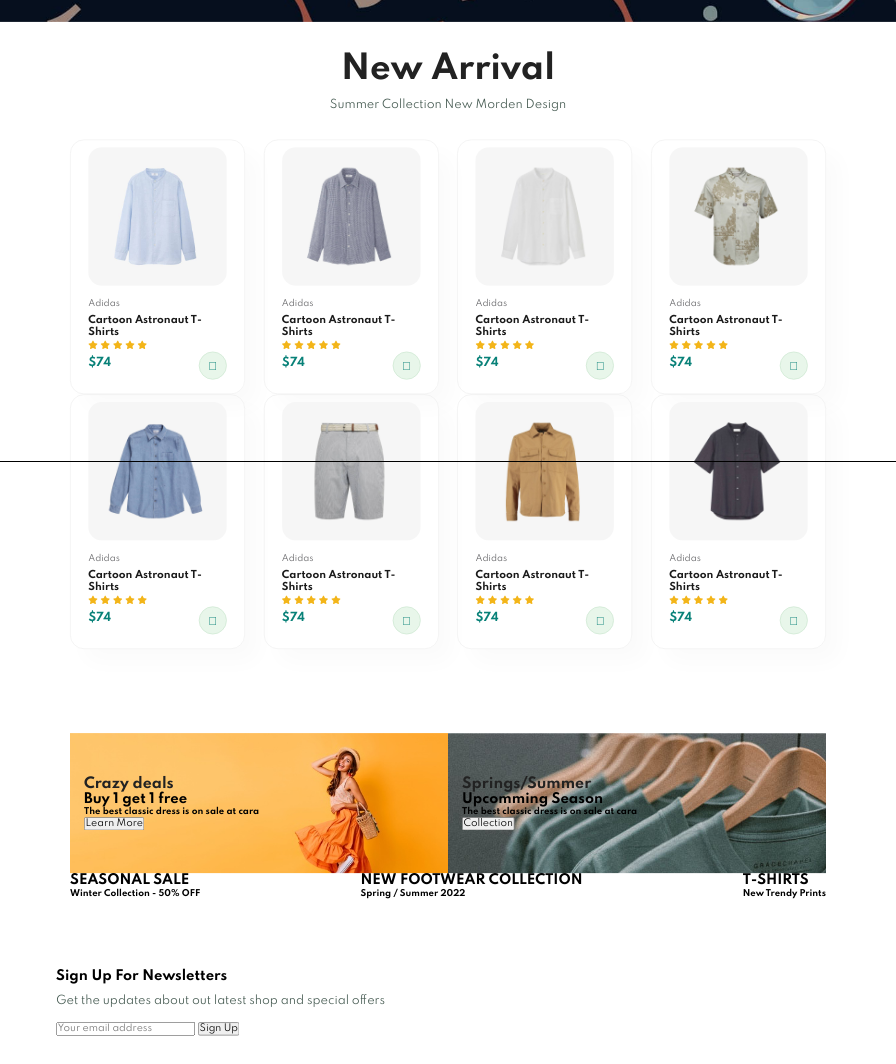
Repository: Daryllgio/E-Commerce-Website-UI
Page: index.html
An editor plug-in stored every save of this project. The page is shown before and after the next save, followed by the edit.
The browser window is 1280 px wide. The pictures show the part of the page from y = 2245 to 4165 px (the page is 3765 px tall before and 4165 px after), at 70% of full size.
Some web libraries are served in a nearby version.

Above is the page before, as saved 2024-12-31 23:15:44.

### index.html
<!DOCTYPE html>
<html lang="en">

<head>
    <meta charset="UTF-8">
    <meta http-equiv="X-UA-Compatible" content="IE=edge">
    <meta name="viewport" content="width=device-width, initial-scale=1.0">
    <title>Tech2etc Ecommerce Tutorial</title>
    <link rel="stylesheet" href="https://pro.fontawesome.com/releases/v5.10.0/css/all.css" />

    <link rel="stylesheet" href="style.css">
</head>

<body>
    <section id="header">
        <a href="#"><img src="img/logo.png" id="logo" class="logo" alt=""></a>

        <div>
            <ul id="navbar">
                <li>
                    <a class="active" href="index.html">Home</a>
                </li>
                <li>
                    <a href="shop.html">Shop</a>
                </li>
                <li>
                    <a href="about.html">About</a>
                </li>
                <li>
                    <a href="contact.html">Contact</a>
                </li>
                <li>
                    <a href="cart.html"><i class="fa fa-shopping-cart" aria-hidden="true"></i></a>
                </li>

            </ul>
        </div>
    </section>

    <section id="HomeHeaderContent">
        <h4>
            Trade-in-offer
        </h4>
        <h2>
            Super value deals
        </h2>
        <h1>
            On all products
        </h1>
        <p>
            Save more with Coupons & up to 70% off !
        </p>
        <button>
            Shop now
        </button>

    </section>

    <section id="Features" class="section-p1">
        <div class="fe-box">
            <img src="img/features/f1.png" alt="">
            <h6>Free Shipping</h6>
        </div>
        <div class="fe-box">
            <img src="img/features/f2.png" alt="">
            <h6>Online Offer</h6>
        </div>
        <div class="fe-box">
            <img src="img/features/f3.png" alt="">
            <h6>Save Money</h6>
        </div>
        <div class="fe-box">
            <img src="img/features/f4.png" alt="">
            <h6>Promotions</h6>
        </div>
        <div class="fe-box">
            <img src="img/features/f5.png" alt="">
            <h6>Happy Sell</h6>
        </div>
        <div class="fe-box">
            <img src="img/features/f6.png" alt="">
            <h6>F24/7 Support</h6>
        </div>
    </section>

    <section id="product1" class="section-p1">
        <h2>
            Feautured Products
        </h2>
        <p>
            Summer Collection New Morden Design
        </p>
        <div class="pro-container">
            <div class="pro">
                <img src="img/products/f1.jpg" alt="">
                <div class="des">
                    <span>Adidas</span>
                    <h5>Cartoon Astronaut T-Shirts</h5>
                    <div class="star">
                        <i class="fas fa-star"></i>
                        <i class="fas fa-star"></i>
                        <i class="fas fa-star"></i>
                        <i class="fas fa-star"></i>
                        <i class="fas fa-star"></i>
                    </div>
                    <div class="Shop">
                        <h4>$74</h4>
                        <a href="#"><i class="fal fa-shopping-cart "></i></a>
                    </div>

                </div>
            </div>

            <div class="pro">
                <img src="img/products/f2.jpg" alt="">
                <div class="des">
                    <span>Adidas</span>
                    <h5>Cartoon Astronaut T-Shirts</h5>
                    <div class="star">
                        <i class="fas fa-star"></i>
                        <i class="fas fa-star"></i>
                        <i class="fas fa-star"></i>
                        <i class="fas fa-star"></i>
                        <i class="fas fa-star"></i>
                    </div>
                    <div class="Shop">
                        <h4>$74</h4>
                        <a href="#"><i class="fal fa-shopping-cart "></i></a>
                    </div>

                </div>
            </div>

            <div class="pro">
                <img src="img/products/f3.jpg" alt="">
                <div class="des">
                    <span>Adidas</span>
                    <h5>Cartoon Astronaut T-Shirts</h5>
                    <div class="star">
                        <i class="fas fa-star"></i>
                        <i class="fas fa-star"></i>
                        <i class="fas fa-star"></i>
                        <i class="fas fa-star"></i>
                        <i class="fas fa-star"></i>
                    </div>
                    <div class="Shop">
                        <h4>$74</h4>
                        <a href="#"><i class="fal fa-shopping-cart "></i></a>
                    </div>

                </div>
            </div>

            <div class="pro">
                <img src="img/products/f4.jpg" alt="">
                <div class="des">
                    <span>Adidas</span>
                    <h5>Cartoon Astronaut T-Shirts</h5>
                    <div class="star">
                        <i class="fas fa-star"></i>
                        <i class="fas fa-star"></i>
                        <i class="fas fa-star"></i>
                        <i class="fas fa-star"></i>
                        <i class="fas fa-star"></i>
                    </div>
                    <div class="Shop">
                        <h4>$74</h4>
                        <a href="#"><i class="fal fa-shopping-cart "></i></a>
                    </div>

                </div>
            </div>

            <div class="pro">
                <img src="img/products/f5.jpg" alt="">
                <div class="des">
                    <span>Adidas</span>
                    <h5>Cartoon Astronaut T-Shirts</h5>
                    <div class="star">
                        <i class="fas fa-star"></i>
                        <i class="fas fa-star"></i>
                        <i class="fas fa-star"></i>
                        <i class="fas fa-star"></i>
                        <i class="fas fa-star"></i>
                    </div>
                    <div class="Shop">
                        <h4>$74</h4>
                        <a href="#"><i class="fal fa-shopping-cart "></i></a>
                    </div>

                </div>
            </div>

            <div class="pro">
                <img src="img/products/f6.jpg" alt="">
                <div class="des">
                    <span>Adidas</span>
                    <h5>Cartoon Astronaut T-Shirts</h5>
                    <div class="star">
                        <i class="fas fa-star"></i>
                        <i class="fas fa-star"></i>
                        <i class="fas fa-star"></i>
                        <i class="fas fa-star"></i>
                        <i class="fas fa-star"></i>
                    </div>
                    <div class="Shop">
                        <h4>$74</h4>
                        <a href="#"><i class="fal fa-shopping-cart "></i></a>
                    </div>

                </div>
            </div>

            <div class="pro">
                <img src="img/products/f7.jpg" alt="">
                <div class="des">
                    <span>Adidas</span>
                    <h5>Cartoon Astronaut T-Shirts</h5>
                    <div class="star">
                        <i class="fas fa-star"></i>
                        <i class="fas fa-star"></i>
                        <i class="fas fa-star"></i>
                        <i class="fas fa-star"></i>
                        <i class="fas fa-star"></i>
                    </div>
                    <div class="Shop">
                        <h4>$74</h4>
                        <a href="#"><i class="fal fa-shopping-cart "></i></a>
                    </div>

                </div>
            </div>

            <div class="pro">
                <img src="img/products/f8.jpg" alt="">
                <div class="des">
                    <span>Adidas</span>
                    <h5>Cartoon Astronaut T-Shirts</h5>
                    <div class="star">
                        <i class="fas fa-star"></i>
                        <i class="fas fa-star"></i>
                        <i class="fas fa-star"></i>
                        <i class="fas fa-star"></i>
                        <i class="fas fa-star"></i>
                    </div>
                    <div class="Shop">
                        <h4>$74</h4>
                        <a href="#"><i class="fal fa-shopping-cart "></i></a>
                    </div>

                </div>
            </div>


        </div>
    </section>

    <section id="banner" class="section-p1">
        <p>Repair Services</p>
        <h2>Up to <span>70% off</span> - All T-Shirts & Accesories</h2>
        <button class="normal">Explore More</button>
    </section>

    <section id="product1" class="section-p1">
        <h2>
            New Arrival
        </h2>
        <p>
            Summer Collection New Morden Design
        </p>
        <div class="pro-container">
            <div class="pro">
                <img src="img/products/n1.jpg" alt="">
                <div class="des">
                    <span>Adidas</span>
                    <h5>Cartoon Astronaut T-Shirts</h5>
                    <div class="star">
                        <i class="fas fa-star"></i>
                        <i class="fas fa-star"></i>
                        <i class="fas fa-star"></i>
                        <i class="fas fa-star"></i>
                        <i class="fas fa-star"></i>
                    </div>
                    <div class="Shop">
                        <h4>$74</h4>
                        <a href="#"><i class="fal fa-shopping-cart "></i></a>
                    </div>

                </div>
            </div>

            <div class="pro">
                <img src="img/products/n2.jpg" alt="">
                <div class="des">
                    <span>Adidas</span>
                    <h5>Cartoon Astronaut T-Shirts</h5>
                    <div class="star">
                        <i class="fas fa-star"></i>
                        <i class="fas fa-star"></i>
                        <i class="fas fa-star"></i>
                        <i class="fas fa-star"></i>
                        <i class="fas fa-star"></i>
                    </div>
                    <div class="Shop">
                        <h4>$74</h4>
                        <a href="#"><i class="fal fa-shopping-cart "></i></a>
                    </div>

                </div>
            </div>

            <div class="pro">
                <img src="img/products/n3.jpg" alt="">
                <div class="des">
                    <span>Adidas</span>
                    <h5>Cartoon Astronaut T-Shirts</h5>
                    <div class="star">
                        <i class="fas fa-star"></i>
                        <i class="fas fa-star"></i>
                        <i class="fas fa-star"></i>
                        <i class="fas fa-star"></i>
                        <i class="fas fa-star"></i>
                    </div>
                    <div class="Shop">
                        <h4>$74</h4>
                        <a href="#"><i class="fal fa-shopping-cart "></i></a>
                    </div>

                </div>
            </div>

            <div class="pro">
                <img src="img/products/n4.jpg" alt="">
                <div class="des">
                    <span>Adidas</span>
                    <h5>Cartoon Astronaut T-Shirts</h5>
                    <div class="star">
                        <i class="fas fa-star"></i>
                        <i class="fas fa-star"></i>
                        <i class="fas fa-star"></i>
                        <i class="fas fa-star"></i>
                        <i class="fas fa-star"></i>
                    </div>
                    <div class="Shop">
                        <h4>$74</h4>
                        <a href="#"><i class="fal fa-shopping-cart "></i></a>
                    </div>

                </div>
            </div>

            <div class="pro">
                <img src="img/products/n5.jpg" alt="">
                <div class="des">
                    <span>Adidas</span>
                    <h5>Cartoon Astronaut T-Shirts</h5>
                    <div class="star">
                        <i class="fas fa-star"></i>
                        <i class="fas fa-star"></i>
                        <i class="fas fa-star"></i>
                        <i class="fas fa-star"></i>
                        <i class="fas fa-star"></i>
                    </div>
                    <div class="Shop">
                        <h4>$74</h4>
                        <a href="#"><i class="fal fa-shopping-cart "></i></a>
                    </div>

                </div>
            </div>

            <div class="pro">
                <img src="img/products/n6.jpg" alt="">
                <div class="des">
                    <span>Adidas</span>
                    <h5>Cartoon Astronaut T-Shirts</h5>
                    <div class="star">
                        <i class="fas fa-star"></i>
                        <i class="fas fa-star"></i>
                        <i class="fas fa-star"></i>
                        <i class="fas fa-star"></i>
                        <i class="fas fa-star"></i>
                    </div>
                    <div class="Shop">
                        <h4>$74</h4>
                        <a href="#"><i class="fal fa-shopping-cart "></i></a>
                    </div>

                </div>
            </div>

            <div class="pro">
                <img src="img/products/n7.jpg" alt="">
                <div class="des">
                    <span>Adidas</span>
                    <h5>Cartoon Astronaut T-Shirts</h5>
                    <div class="star">
                        <i class="fas fa-star"></i>
                        <i class="fas fa-star"></i>
                        <i class="fas fa-star"></i>
                        <i class="fas fa-star"></i>
                        <i class="fas fa-star"></i>
                    </div>
                    <div class="Shop">
                        <h4>$74</h4>
                        <a href="#"><i class="fal fa-shopping-cart "></i></a>
                    </div>

                </div>
            </div>

            <div class="pro">
                <img src="img/products/n8.jpg" alt="">
                <div class="des">
                    <span>Adidas</span>
                    <h5>Cartoon Astronaut T-Shirts</h5>
                    <div class="star">
                        <i class="fas fa-star"></i>
                        <i class="fas fa-star"></i>
                        <i class="fas fa-star"></i>
                        <i class="fas fa-star"></i>
                        <i class="fas fa-star"></i>
                    </div>
                    <div class="Shop">
                        <h4>$74</h4>
                        <a href="#"><i class="fal fa-shopping-cart "></i></a>
                    </div>

                </div>
            </div>


        </div>
    </section>

    <section id="sm-banner" class="section-p1">
        <div class="banner-MainContainer">
            <div class="banner-Container1">
                <div class="banner-box">
                    <h4>
                        Crazy deals
                    </h4>
                    <h3>
                        Buy 1 get 1 free
                    </h3>
                    <h6>
                        The best classic dress is on sale at cara
                    </h6>
                    <button>
                        Learn More
                    </button>
                </div>
                <div class="banner-box">
                    <h4>
                        Springs/Summer
                    </h4>
                    <h3>
                        Upcomming Season
                    </h3>
                    <h6>
                        The best classic dress is on sale at cara
                    </h6>
                    <button>
                        Collection
                    </button>
                </div>
            </div>

            <div class="banner-Container2">
                <div class="banner-box">
                    <h3>
                        SEASONAL SALE
                    </h3>
                    <h6>
                        Winter Collection - 50% OFF
                    </h6>
                </div>
                <div class="banner-box">
                    <h3>
                        NEW FOOTWEAR COLLECTION
                    </h3>
                    <h6>
                        Spring / Summer 2022
                    </h6>
                </div>
                <div class="banner-box">
                    <h3>
                        T-SHIRTS
                    </h3>
                    <h6>
                        New Trendy Prints
                    </h6>
                </div>
            </div>
        </div>
    </section>

    <section id="sm-NewsLetter" class="section-p1">
        <div class="Newsletters-Container">
            <div class="Newsletters-Text">
                <h3>Sign Up For Newsletters</h3>
                <p> Get the updates about out latest shop and <span>special offers</span></p>
            </div>
            <div class="Newsletters-Input">
                <input placeholder="Your email address" />
                <button>
                    Sign Up
                </button>
            </div>
        </div>
    </section>


    <script src="script.js"></script>
</body>

</html>

### style.css
@import url("https://fonts.googleapis.com/css2?family=Spartan:wght@100;200;300;400;500;600;700;800;900&display=swap");

* {
  margin: 0;
  padding: 0;
  box-sizing: border-box;
  font-family: "Spartan", sans-serif;
}

html {
  scroll-behavior: smooth;
}

/* Global Styles */

h1 {
  font-size: 50px;
  line-height: 64px;
  color: #222;
}

h2 {
  font-size: 46px;
  line-height: 54px;
  color: #222;
}

h4 {
  font-size: 20px;
  color: #222;
}

h6 {
  font-weight: 700;
  font-size: 12px;
}

p {
  font-size: 16px;
  color: #465b52;
  margin: 15px 0 20px 0;
}

.section-p1 {
  padding: 40px 80px;
}

.section-m1 {
  margin: 40px 0;
}

button.normal {
  color: #000;
  background-color: #fff;
  font-size: 14px;
  font-weight: 400;
  padding: 15px 20px;
  border-radius: 5px;
  cursor: pointer;
  border: none;
  outline: none;
  transition: 0.3s;
}

body {
  width: 100%;
}

#header {
  display: flex;
  align-items: center;
  justify-content: space-between;
  padding: 20px 80px;
  background: #E3E6F3;
  box-shadow: 0 5px 15px rgba(0, 0, 0, 0.06);
  position: sticky;
  top: 0;
  left: 0;

}



#navbar {
  display: flex;
  align-items: center;
  justify-content: center;
}

#navbar li {
  list-style: none;
  padding: 0px 20px;
}

#navbar li a {
  text-decoration: none;
  font-size: 15px;
  font-weight: 600;
  color: #000;
  transition: 0.3s ease;
}

#navbar li a:hover,
#navbar li a.active {
  color: #088178;
}

#HomeHeaderContent {
  background-image: url("img/hero4.png");
  height: 90vh;
  width: 100%;
  background-size: cover;
  background-position: top 25% right 0;
  padding: 0 80px;
  align-items: flex-start;
  display: flex;
  flex-direction: column;
  justify-content: center;
}

#HomeHeaderContent h4 {
  margin-bottom: 10px;
}

#HomeHeaderContent h1 {
  color: #088178;
}

#HomeHeaderContent button {
  color: #088178;
  background-image: url("img/button.png");
  font-size: 15px;
  font-weight: 600;
  background-color: transparent;
  border: 0;
  padding: 14px 80px 14px 65px;
  background-repeat: no-repeat;
  cursor: pointer;
}

#Features {
  display: flex;
  justify-content: space-between;
}

#Features .fe-box {
  width: 200px;
  text-align: center;
  padding: 35px 25px;
  border: 1px solid #cce7d0;
  box-shadow: 20px 20px 34px rgba(0, 0, 0, 0.03);
  border-radius: 10px;
}

#Features .fe-box:hover {
  box-shadow: 10px 10px 54px rgba(0, 0, 0, 0.1);
}

#Features .fe-box img {
  margin-bottom: 10px;
}

#Features .fe-box h6 {
  font-size: 13px;
  display: inline-block;
  line-height: 1;
  border-radius: 4px;
  color: #088178;
  background-color: #fddde4;
  padding: 9px 8px 6px 8px;
}

#Features .fe-box:nth-child(2) h6 {
  background-color: #cdebbc;
}

#Features .fe-box:nth-child(3) h6 {
  background-color: #d1e8f2;
}

#Features .fe-box:nth-child(4) h6 {
  background-color: #cdd4f8;
}

#Features .fe-box:nth-child(5) h6 {
  background-color: #f6dbf6;
}

#Features .fe-box:nth-child(6) h6 {
  background-color: #fff2e5;
}

#product1 {
  text-align: center;
}

#product1 .pro {
  width: 23%;
  min-width: 250px;
  padding: 10px 25px;
  border: 1px solid #f0f0f0;
  border-radius: 20px;
  cursor: pointer;
  box-shadow: 20px 20px 30px rgba(0, 0, 0, 0.02);
  transition: 0.3s ease;
}

#product1 .pro:hover {
  box-shadow: 20px 20px 30px rgba(0, 0, 0, 0.06);

}

#product1 .pro img {
  width: 100%;
  border-radius: 20px;
}

#product1 .pro .des {
  text-align: start;
  padding: 10px 0;
}

#product1 .pro .des span {
  color: #606063;
  font-size: 12px;
}

#product1 .pro .des h5 {
  color: #1a1a1a;
  font-size: 14px;
  padding-top: 7px;
}

#product1 .pro .des .fa-star {
  color: rgb(243, 181, 25);
  font-size: 12px;
}

#product1 .pro .des h4 {
  font-size: 16px;
  padding-top: 7px;
  font-weight: 700;
  color: #088178;

}

#product1 .pro .Shop {
  display: flex;
  justify-content: space-between;
}

#product1 .pro .des .fa-shopping-cart {
  width: 40px;
  height: 40px;
  line-height: 40px;
  border-radius: 50px;
  font-size: 17px;
  background-color: #e8f6ea;
  font-weight: 500;
  color: #088178;
  border: 1px solid #cce7d0;
  text-align: center;
}

#product1 .pro-container {
  display: flex;
  justify-content: space-between;
  padding: 20px;
  flex-wrap: wrap;
}


#banner {
  background-image: url("img/banner/b2.jpg");
  height: 40vh;
  width: 100%;
  background-size: cover;
  background-position: top 25% right 0;
  padding: 0 80px;
  text-align: center;
  display: flex;
  flex-direction: column;
  align-items: center;
  justify-content: center;
}

#banner p {
  font-size: 15px;
  margin-bottom: 15px;
  font-weight: 400;
  color: #ffffff;
}

#banner h2 {
  color: #fff;
  margin-bottom: 15px;
}

#banner span {
  color: red;
}

#banner button:hover {
  color: #fff;
  background-color: #088178;
}

#sm-banner .banner-MainContainer {
  display: flex;
  justify-content: space-between;
  padding: 20px 20px;
  flex-direction: column;
}

#sm-banner .banner-MainContainer .banner-Container1 {
  display: flex;
  justify-content: space-between;
}

#sm-banner .banner-MainContainer .banner-Container1 .banner-box {
  background-image: url("img/banner/b17.jpg");
  height: 200px;
  width: 600px;
  background-size: cover;
  padding: 0 20px;
  display: flex;
  flex-direction: column;
  align-items: flex-start;
  justify-content: center;

}

#sm-banner .banner-MainContainer .banner-Container1 .banner-box:nth-child(2) {
  background-image: url("img/banner/b10.jpg");
}

#sm-banner .banner-MainContainer .banner-Container1 {
  display: flex;
  justify-content: space-between;
}

#sm-banner .banner-MainContainer .banner-Container2 {
  display: flex;
  justify-content: space-between;
}

Loaded but not shown: script.js (common file)

After the next save:
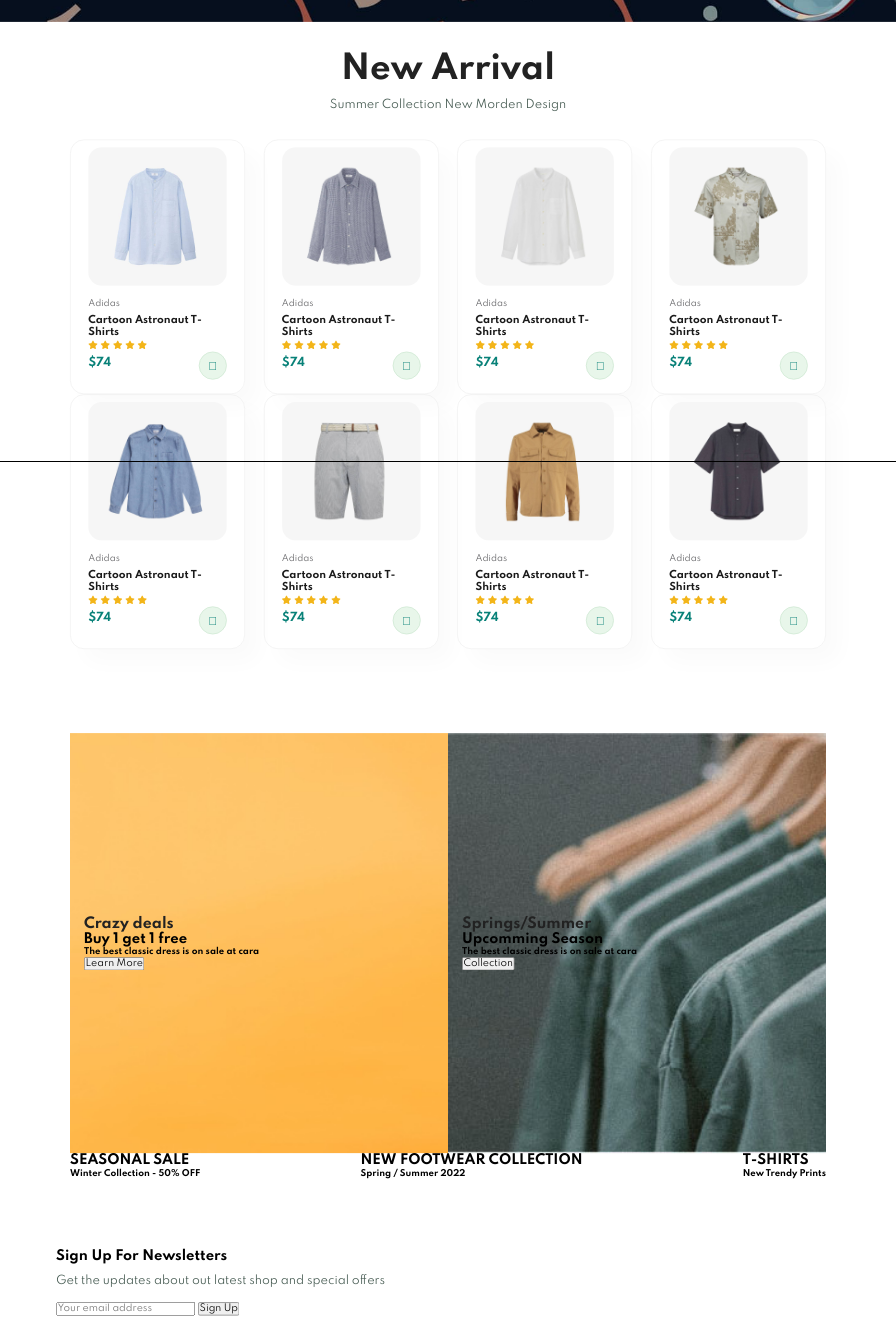
Saved 9 s later.
--- a/style.css
+++ b/style.css
@@ -319,7 +319,7 @@ body {
 
 #sm-banner .banner-MainContainer .banner-Container1 .banner-box {
   background-image: url("img/banner/b17.jpg");
-  height: 200px;
+  height: 600px;
   width: 600px;
   background-size: cover;
   padding: 0 20px;
